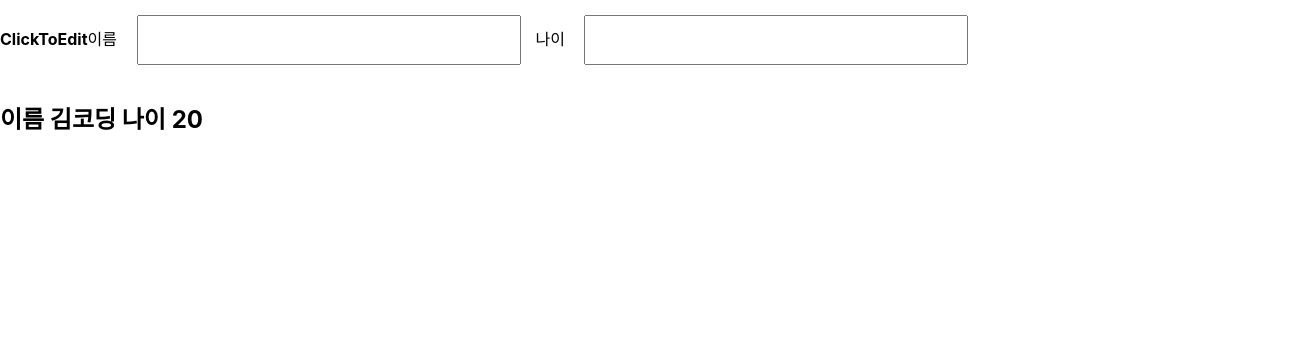
Repository: janghwahyun/wanted_pre_onboarding
Page: /ClickToEdit
These files come from the project's save history. The page is drawn as it stood at one moment and after a run of saves; the edit follows.
The browser window is 1280 px wide. The page is 1280 px wide, then 1310 px, so the pictures cover 1310 px, including what lies to the right of the window. The pictures show the whole page.
The project was rebuilt for these pictures with package versions that can differ from the ones it lists, and the page was loaded fresh each time. Also part of the build but not shown: src/component/AutoComplete.js, src/component/Modal.js, src/component/Tab.js, src/component/Toggle.js.

Above is the page before, as saved 2022-02-11 12:39:33.

### src/App.js
import ClickToEdit from './component/ClickToEdit';
import AutoComplete from './component/AutoComplete';
import Modal from './component/Modal';
import Tab from './component/Tab';
import Toggle from './component/Toggle';

import './App.css';
import { BrowserRouter, Routes, Route } from 'react-router-dom';

function App() {
  return (
    <BrowserRouter>
      <Routes>
        <Route path="/" element={<App />} />
        <Route path="/ClickToEdit" element={<ClickToEdit />} />
        <Route path="/AutoComplete" element={<AutoComplete />} />
        <Route path="/Modal" element={<Modal />} />
        <Route path="/Tab" element={<Tab />} />
        <Route path="/Toggle" element={<Toggle />} />
      </Routes>
    </BrowserRouter>
  );
}

export default App;

### src/component/ClickToEdit.js
import React, { useState } from 'react';
import styled from 'styled-components';

const ClickToEdit = () => {
  const [name, setName] = useState('김코딩');
  const [age, setAge] = useState('20');

  return (
    <>
      <strong>ClickToEdit</strong>
      이름 <Input onChange={e => setName(e.target.value)}></Input>
      나이 <Input onChange={e => setAge(e.target.value)}></Input>
      <h2>
        이름 {name} 나이 {age}
      </h2>
    </>
  );
};
const Form = styled.div`
  width: 100%;
  height: 30%;
  display: flex;
  justify-content: center;
  align-items: center;
  flex-direction: column;
  margin: 30px;
`;

const Input = styled.input`
  width: 30%;
  height: 50px;

  margin: 15px;

  justify-content: center;
  align-items: center;
`;

export default ClickToEdit;

### src/App.css
* {
  box-sizing: border-box;
}

.App {
  width: 100%;
  height: 100vh;
  display: flex;
  justify-content: center;
  align-items: center;
}

Loaded but not shown: public/index.html (common file); src/index.js (common file); src/index.css (common file); src/reportWebVitals.js (common file)

After the next 3 saves:
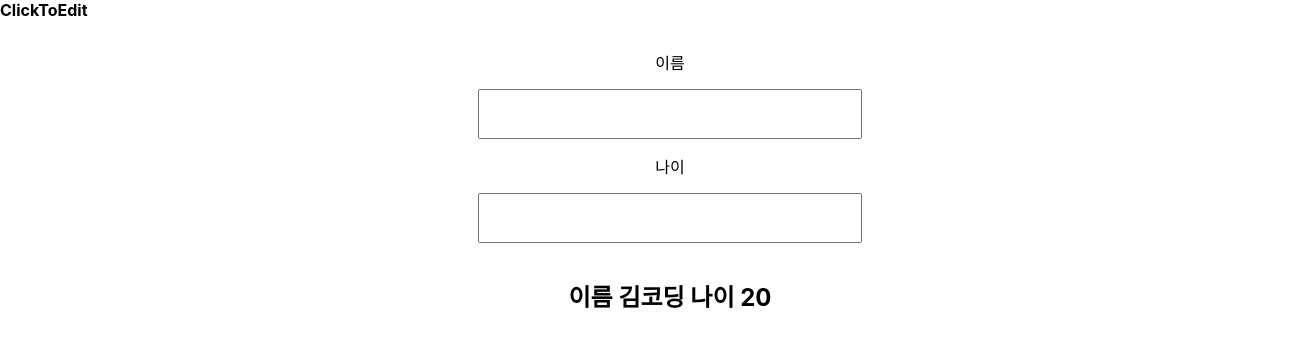
The 3 saves are shown as one change because 1 did not build or start and some came seconds apart.
The last was saved 38 s later.
--- a/src/component/ClickToEdit.js
+++ b/src/component/ClickToEdit.js
@@ -8,11 +8,13 @@ const ClickToEdit = () => {
   return (
     <>
       <strong>ClickToEdit</strong>
-      이름 <Input onChange={e => setName(e.target.value)}></Input>
-      나이 <Input onChange={e => setAge(e.target.value)}></Input>
-      <h2>
-        이름 {name} 나이 {age}
-      </h2>
+      <Form>
+        이름 <Input onChange={e => setName(e.target.value)}></Input>
+        나이 <Input onChange={e => setAge(e.target.value)}></Input>
+        <h2>
+          이름 {name} 나이 {age}
+        </h2>
+      </Form>
     </>
   );
 };
